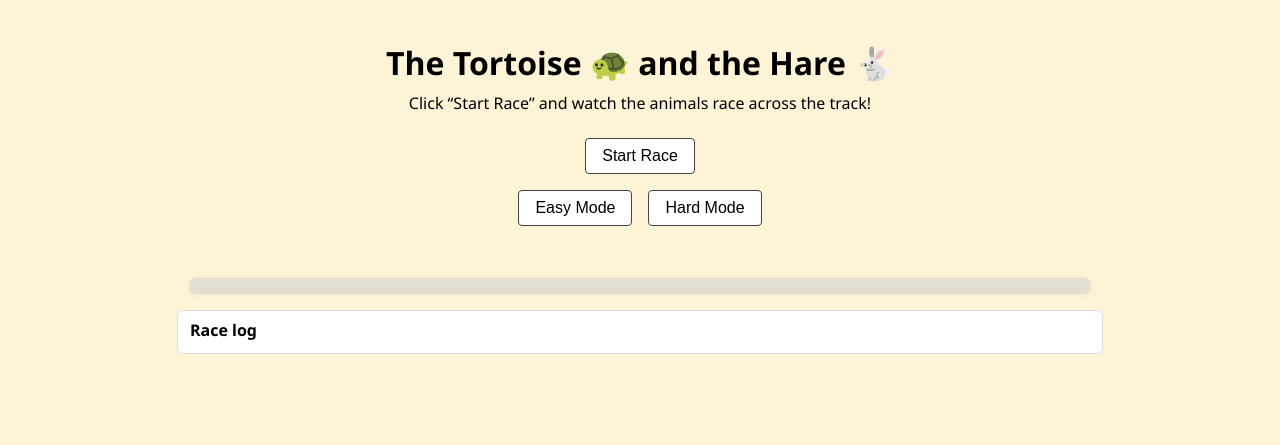
Repository: Caroesspinosa/tortoise-hare-enhanced-CarolinaEspinosa
Page: tortoise_hare.html
An editor plug-in stored every save of this project. The page is shown before and after the next save, followed by the edit.
The browser window is 1280 px wide. The pictures show the whole page.

Above is the page before, as saved 2026-03-29 23:31:42.

### tortoise_hare.html
<!doctype html>
<html lang="en">
    <head>
        <meta charset="UTF-8" />
        <title>The Tortoise and the Hare Race</title>
        <link rel="stylesheet" href="style.css" />
        <!-- script tag for the JS file -->
        <script src="script.js"></script>
    </head>

    <body>
        <h1>The Tortoise 🐢 and the Hare 🐇</h1>
        <p class="description">
            Click “Start Race” and watch the animals race across the track!
        </p>

        <div class="controls">
            <button id="startBtn">Start Race</button>
        </div>

        <div class="difficulty">
            <button id="easy-mode">Easy Mode</button>
            <button id="hard-mode">Hard Mode</button>
        </div>

        <div class="text">
            <h2 id="textSleep"></h2>
        </div>

        <div class="track-wrapper">
            <div id="message"></div>
            <div id="track" class="track"></div>
        </div>

        <!-- We will do the log if we have time -->
        <div id="log">
            <h2>Race log</h2>
            <!-- entries added here by JavaScript -->
        </div>
    </body>
</html>

### style.css
body {
    background-color: #fdf3d7;
    font-family: "Segoe UI", sans-serif;
    margin: 0;
    padding: 20px;
}

h1 {
    text-align: center;
    margin-bottom: 0.5rem;
}

p.description {
    text-align: center;
    margin-top: 0;
    margin-bottom: 1.5rem;
}

.controls {
    display: flex;
    justify-content: center;
    align-items: center;
    gap: 1rem;
    margin-bottom: 1rem;
    flex-wrap: wrap;
}

.difficulty {
    display: flex;
    justify-content: center;
    align-items: center;
    gap: 1rem;
    margin-bottom: 1rem;
    flex-wrap: wrap;
}

button {
    padding: 0.5rem 1rem;
    font-size: 1rem;
    border-radius: 4px;
    border: 1px solid #444;
    background-color: #fff;
    cursor: pointer;
}

button:disabled {
    opacity: 0.5;
    cursor: not-allowed;
}

.track-wrapper {
    max-width: 900px;
    margin: 0 auto;
}

#message {
    text-align: center;
    min-height: 1.5em;
    font-weight: bold;
    margin-bottom: 0.5rem;
}

.track {
    display: grid;
    grid-template-columns: repeat(70, 1.1fr);
    gap: 1px;
    padding: 8px;
    background-color: #e2ded0;
    border-radius: 6px;
    box-shadow: 0 0 4px rgba(0, 0, 0, 0.1);
    overflow: hidden;
}

.cell {
    height: 24px;
    display: flex;
    justify-content: center;
    align-items: center;
    font-size: 1.1rem;
    background-color: #fdfaf3;
}

.tortoise {
    background-color: #3b873e;
    /* color: #fff; */
}

.hare {
    background-color: #f08c2e;
    /* color: #fff; */
}

.both {
    background-color: #c0392b;
    /* color: #fff; */
}

#log {
    max-width: 900px;
    margin: 1rem auto 0;
    padding: 0.5rem 0.75rem;
    background-color: #fff;
    border-radius: 6px;
    border: 1px solid #ddd;
    font-size: 0.85rem;
    max-height: 50vh;
    overflow-y: auto;
}

#log h2 {
    margin: 0 0 0.25rem;
    font-size: 1rem;
}

#log .entry {
    font-family: monospace;
}

### script.js
let easy = document.getElementById("easy-mode");

After the next save:
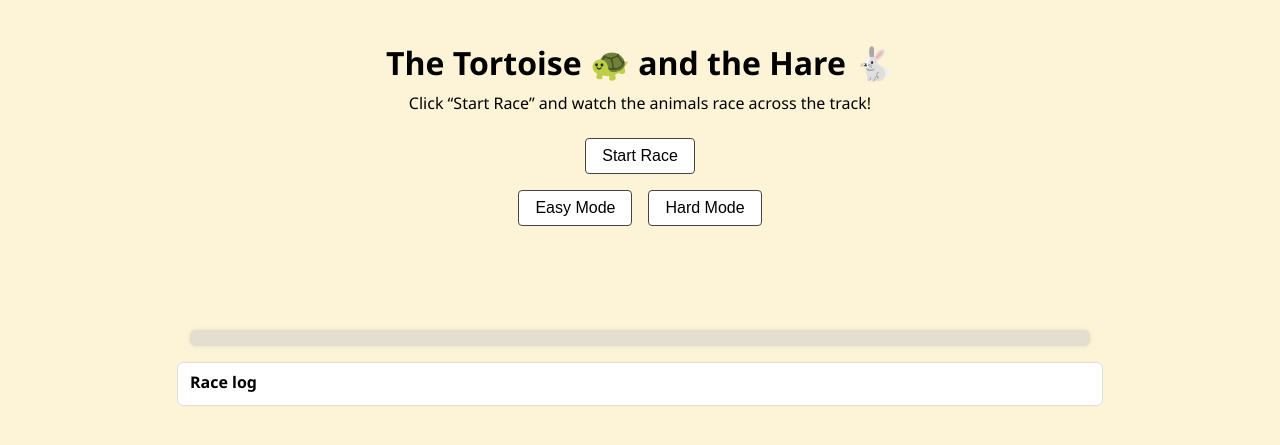
Saved 17 s later.
--- a/style.css
+++ b/style.css
@@ -26,6 +26,14 @@ p.description {
 }
 
 .difficulty {
+    display: flex;
+    justify-content: center;
+    align-items: center;
+    gap: 1rem;
+    margin-bottom: 1rem;
+    flex-wrap: wrap;
+}
+.text {
     display: flex;
     justify-content: center;
     align-items: center;
